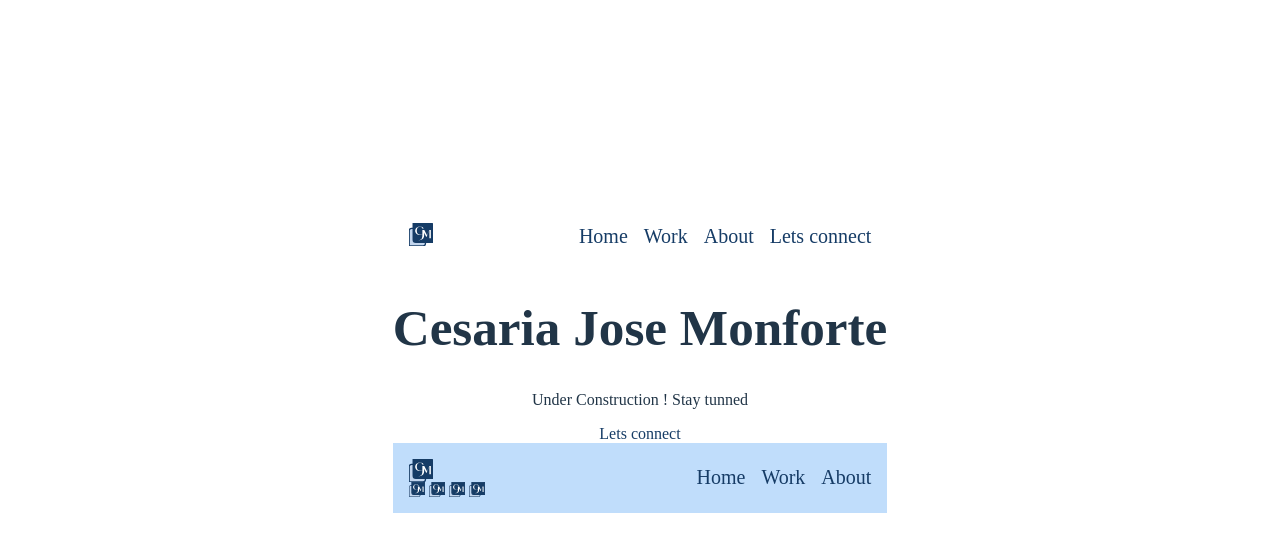
Repository: CesariaMonforte/cesariamonforte
Page: /
These files come from the project's save history. The page is drawn as it stood at one moment and after the next save; the edit follows.
The browser window is 1280 px wide. The pictures show the whole page.
The project was rebuilt for these pictures with package versions that can differ from the ones it lists, and the page was loaded fresh each time. Also part of the build but not shown: vite.config.js.

Above is the page before, as saved 2026-01-25 11:05:28.

### index.html
<!doctype html>
<html lang="en">
  <head>
    <meta charset="UTF-8" />
    <link rel="icon" type="image/svg+xml" href="/Logo.svg" />
    <meta name="viewport" content="width=device-width, initial-scale=1.0" />
    <title>cesariamonforte</title>
  </head>
  <body>
    <div id="root"></div>
    <script type="module" src="/src/main.jsx"></script>
  </body>
</html>

### src/index.css


a {
    font-weight: 500;
    color:  #163C66;
    text-decoration: inherit;
}
a:hover {
    color: #535bf2;
}

body {
    margin: 0;
    display: flex;
    place-items: center;
    min-width: 320px;
    min-height: 100vh;
}

h1 {
    font-size: 3.2em;
    line-height: 1.1;
}

button {
    border-radius: 8px;
    border: 1px solid transparent;
    padding: 0.6em 1.2em;
    font-size: 1em;
    font-weight: 500;
    font-family: inherit;
    background-color: #1a1a1a;
    cursor: pointer;
    transition: border-color 0.25s;
}
button:hover {
    border-color: #646cff;
}
button:focus,
button:focus-visible {
    outline: 4px auto -webkit-focus-ring-color;
}

@media (prefers-color-scheme: light) {
    :root {
        color: #213547;
        background-color: #ffffff;
    }
    a:hover {
        color: #747bff;
    }
    button {
        background-color: #f9f9f9;
    }
}


/* ------------------------------------------------------ VARIABLES ------------------------------------------------------ */
:root {
    /* ----- COLORS ----- */
    --primary-50: #EBF4FE;
    --primary-100: #C0DDFB;
    --primary-200: #A2CCF9;
    --primary-300: #78B5F7;
    --primary-400: #5DA6F5;
    --primary-500: #3590F3;
    --primary-600: #3083DD;
    --primary-700: #2666AD;
    --primary-800: #1D4F86;
    --primary-900: #163C66;

    --secondary-500: #aadc66;
    --secondary-100: #e5f4d0;
    --secondary-700: #799c48;
    /* -- neutral colors -- */

    --bege-500: #fdf7eb;
    --white: #ffffff;
    --black-500: #060606;
    --black-400: #383838;
    --black-300: #585858;
    --black-200: #8c8c8c;
    --black-100: #b2b2b2;
    --black-50: #e6e6e6;

    /* -- warn colors -- */

    --yellow-500: #ffbf00;
    --orange-500: #ff6600;
    --red-500: #ff2f3d;

    /* ----- TYPE ----- */
    --font-family: "Bricolage Grotesque", sans-serif;

    --font-size-extra-large: 88px;
    --font-size-large: 30px;
    --font-size-extra-medium: 24px;
    --font-size-medium: 20px;
    --font-size-regular: 16px;
    --font-size-small: 12px;
    --font-size-extra-small: 10px;

    --font-style-normal: normal;
    --font-weight-bold: bold;

    --line-height-xxlarge: 100px;
    --line-height-large: 36px;
    --line-height-medium: 28px;
    --line-height-small: 20px;

    /* ----- SPACING ----- */
    --space-extra-small: 4px;
    --space-small: 8px;
    --space-regular: 16px;
    --space-medium: 32px;
    --space-large: 48px;
    --space-extra-large: 140px;
}

### src/App.jsx
import { useState } from "react";
import "./App.css";

import NavBar from "./_ui/NavBar/NavBar";
import Footer from "./_ui/Footer/Footer";

function App() {
    return (
        <>
            <NavBar />

            <div>
                <h1>Cesaria Jose Monforte</h1>
                <p>Under Construction ! Stay tunned</p>
            </div>

            <a
                href='https://www.linkedin.com/in/cesariamonforte/'
                target='_blank'
                rel='noopener noreferrer'>
                Lets connect
            </a>

            <Footer />
        </>
    );
}

export default App;

### src/_ui/NavBar/NavBar.jsx
import styles from "./NavBar.module.css";

function NavBar({
}) {

    return (
        <div className={styles.navbar}>

            <div >
            <img src="/Logo.svg" alt="logo" className={styles.logo}/>
            </div>

            <div className={styles.navLinks}>
                <a href="/">Home</a>
                <a href="/">Work</a>
                <a href="/">About</a>
                <div>
                Lets connect
                </div>
            </div>

        </div>

    );
}
export default NavBar;

### src/_ui/Footer/Footer.jsx
import styles from "./Footer.module.css";

function Footer({}) {
    return (
        <div className={styles.footer_container}>
            <div className={styles.container_logo_connection}>
                <img
                    src='/Logo.svg'
                    alt='logo'
                    className={styles.logo}
                />
                <div className={styles.connection_links}>
                    <img
                        src='/Logo.svg'
                        alt='logo'
                        className={styles.connection}
                    />
                    <img
                        src='/Logo.svg'
                        alt='logo'
                        className={styles.connection}
                    />
                    <img
                        src='/Logo.svg'
                        alt='logo'
                        className={styles.connection}
                    />
                    <img
                        src='/Logo.svg'
                        alt='logo'
                        className={styles.connection}
                    />
                </div>
            </div>

            <div className={styles.navLinks}>
                <a href='/'>Home</a>
                <a href='/'>Work</a>
                <a href='/'>About</a>
            </div>
        </div>
    );
}
export default Footer;

### src/_ui/NavBar/NavBar.module.css
/* Extra small devices  */
@media (min-width: 200px) {
    .navbar {
        display: flex;
        flex-direction: row;
        justify-content: space-between;
        align-items: center;
        padding: 1rem;
        background-color: var(--white);
    }
    .navLinks {
        display: flex;
        flex-direction: row;
        justify-content: space-between;
        align-items: center;
        color: var(--primary-900);
        gap: 1rem;
        font-size: var(--font-size-extra-small);
    }
    .logo {
        width: 24px;
        height: auto;
    }
}

/* Regular iphone and tablet */

@media (min-width: 600px) {
    .navbar {
        display: flex;
        flex-direction: row;
        justify-content: space-between;
        align-items: center;
        padding: 1rem;
        background-color: var(--white);
    }
    .navLinks {
        display: flex;
        flex-direction: row;
        justify-content: space-between;
        align-items: center;
        color: var(--primary-900);
        gap: 1rem;
        font-size: var(--font-size-small);
    }
    .logo {
        width: 24px;
        height: auto;
    }
}

/* Laptops Desktop Devices */
@media (min-width: 900px) {
    .navbar {
        display: flex;
        flex-direction: row;
        justify-content: space-between;
        align-items: center;
        padding: 1rem;
        background-color: var(--white);
    }
    .navLinks {
        display: flex;
        flex-direction: row;
        justify-content: space-between;
        align-items: center;
        color: var(--primary-900);
        gap: 1rem;
        font-size: var(--font-size-medium);
    }
    .logo {
        width: 24px;
        height: auto;
    }
}

/* Extra large Desktop Devices */
@media (min-width: 1300) {
    .navbar {
        display: flex;
        flex-direction: row;
        justify-content: space-between;
        align-items: center;
        padding: 1rem;
        background-color: var(--white);
    }
    .navLinks {
        display: flex;
        flex-direction: row;
        justify-content: space-between;
        align-items: center;
        color: var(--primary-900);
        gap: 1rem;
        font-size: var(--font-size-medium);
    }
    .logo {
        width: 24px;
        height: auto;
    }
}

### src/_ui/Footer/Footer.module.css
/* Extra small devices  */
@media (min-width: 200px) {
    .footer_container {
        display: flex;
        flex-direction: row;
        justify-content: space-between;
        align-items: center;
        padding: 1rem;
        background-color: var(--primary-100);
    }
    .navLinks {
        display: flex;
        flex-direction: row;
        justify-content: space-between;
        align-items: flex-end;
        color: var(--primary-900);
        gap: 1rem;
        font-size: var(--font-size-extra-small);
    }
    .logo {
        width: 24px;
        height: auto;
    }

    .container_logo_connection {
        display: flex;
        flex-direction: column;
        align-items: flex-start;
    }

    .connection_links {
        display: flex;
        flex-direction: row;
        gap: var(--space-extra-small);
    }
    .connection {
        width: 16px;
        height: auto;
    }
}

/* Regular iphone and tablet */

@media (min-width: 600px) {
    .navbar {
        display: flex;
        flex-direction: row;
        justify-content: space-between;
        align-items: center;
        padding: 1rem;
        background-color: var(--white);
    }
    .navLinks {
        display: flex;
        flex-direction: row;
        justify-content: space-between;
        align-items: center;
        color: var(--primary-900);
        gap: 1rem;
        font-size: var(--font-size-small);
    }
    .logo {
        width: 24px;
        height: auto;
    }
}

/* Laptops Desktop Devices */
@media (min-width: 900px) {
    .navbar {
        display: flex;
        flex-direction: row;
        justify-content: space-between;
        align-items: center;
        padding: 1rem;
        background-color: var(--white);
    }
    .navLinks {
        display: flex;
        flex-direction: row;
        justify-content: space-between;
        align-items: center;
        color: var(--primary-900);
        gap: 1rem;
        font-size: var(--font-size-medium);
    }
    .logo {
        width: 24px;
        height: auto;
    }
}

/* Extra large Desktop Devices */
@media (min-width: 1300) {
    .navbar {
        display: flex;
        flex-direction: row;
        justify-content: space-between;
        align-items: center;
        padding: 1rem;
        background-color: var(--white);
    }
    .navLinks {
        display: flex;
        flex-direction: row;
        justify-content: space-between;
        align-items: center;
        color: var(--primary-900);
        gap: 1rem;
        font-size: var(--font-size-medium);
    }
    .logo {
        width: 24px;
        height: auto;
    }
}

Loaded but not shown: src/main.jsx (common file); src/App.css (common file)

After the next save:
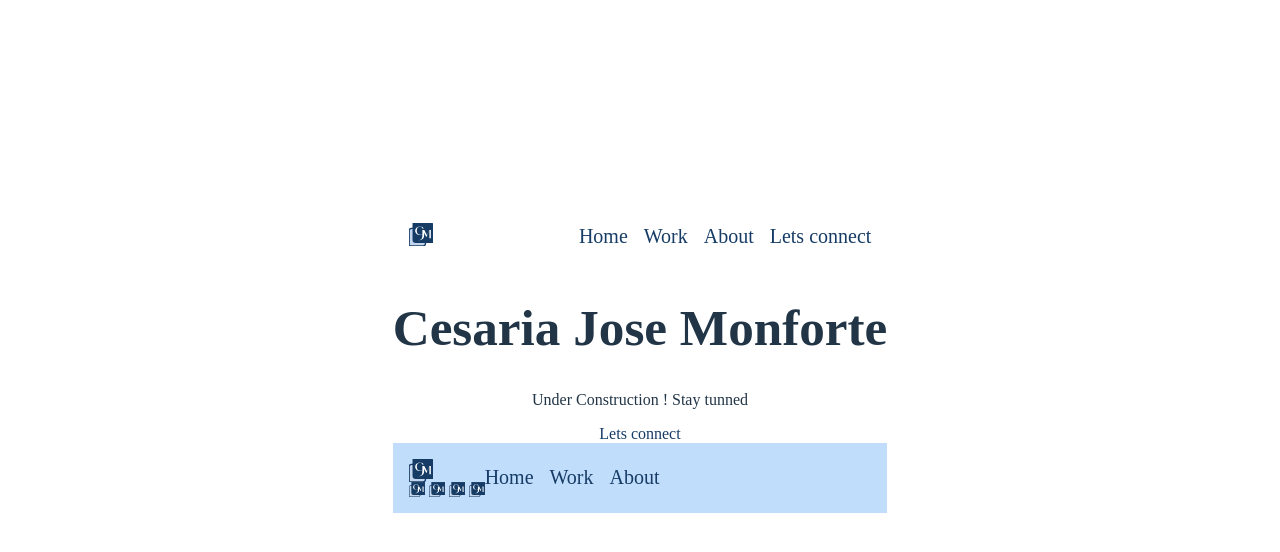
Saved 14 s later.
--- a/src/_ui/Footer/Footer.module.css
+++ b/src/_ui/Footer/Footer.module.css
@@ -3,7 +3,7 @@
     .footer_container {
         display: flex;
         flex-direction: row;
-        justify-content: space-between;
+        gap:var(--space-extra-small)
         align-items: center;
         padding: 1rem;
         background-color: var(--primary-100);
